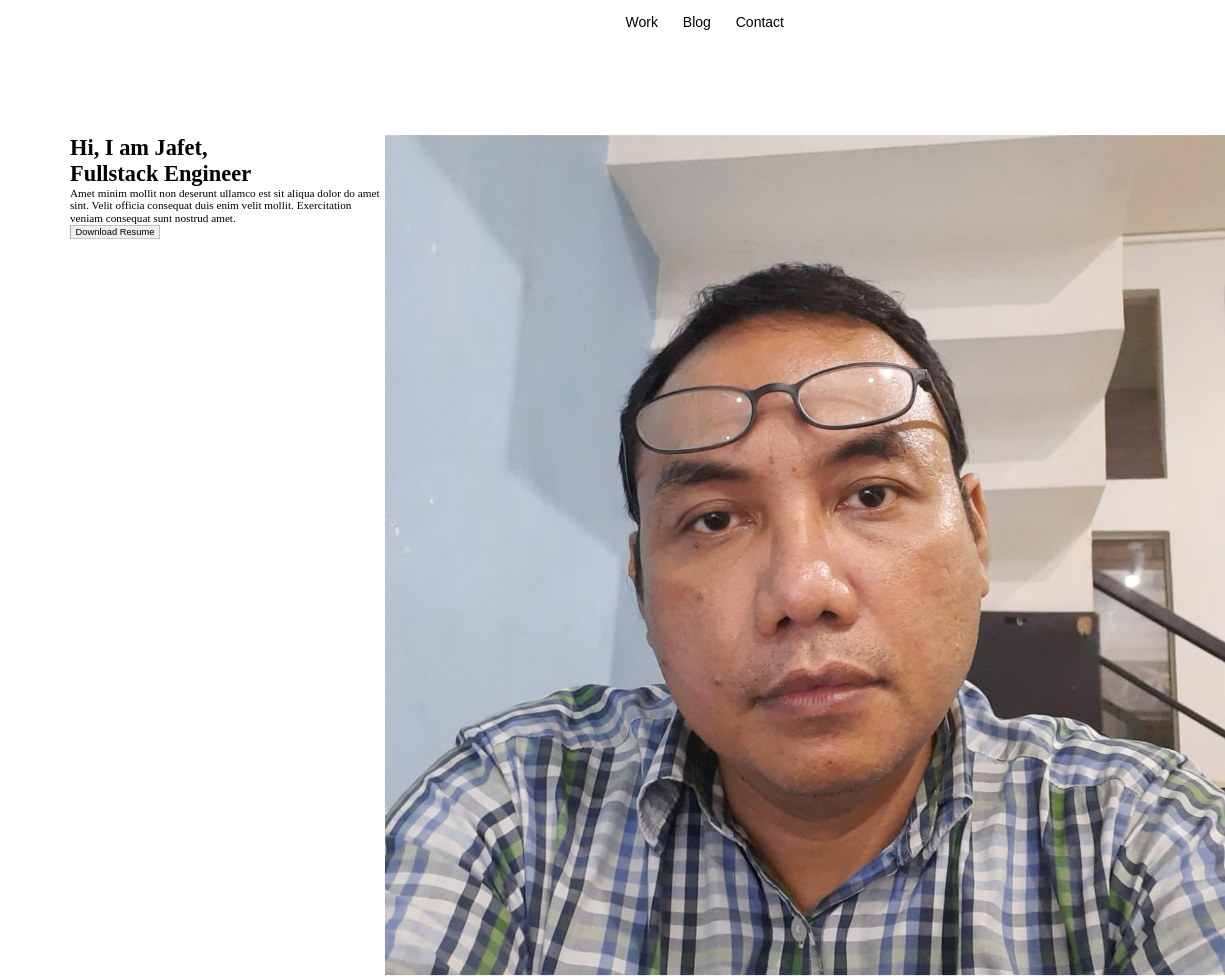
Repository: jafetdn73/portofolio
Page: index.html
The author's editor kept a copy of each file at every save. The page is drawn from the files as they stood at one save, then again after the next save.
The browser window is 1280 px wide. The page is 1750 px wide, then 1474 px, so the pictures cover 1750 px, including what lies to the right of the window. The pictures show the whole page, at 70% of full size.

Above is the page before, as saved 2022-02-21 10:43:09.

### index.html
<!DOCTYPE html>
<html lang="en">
<head>
    <meta charset="UTF-8">
    <meta http-equiv="X-UA-Compatible" content="IE=edge">
    <meta name="viewport" content="width=device-width, initial-scale=1.0">
    <link rel="stylesheet" href="figma.css">
    <title>Belajar HTML CSS</title>
</head>
<body>
    <div class="container">
        <!-- Start Menu Bar -->
        <div class="menu-bar">
            <ul>
                <li>
                    Work
                </li>
                <li>
                    Blog
                </li>
                <li>
                    Contact
                </li>
            </ul>
        </div>
        <!-- Starr Hero -->
        <div class="hero">
            <div class="hero-text">
                <h1>Hi, I am Jafet,<br/>
                    Fullstack Engineer
                </h1>
                <p>
                    Amet minim mollit non deserunt ullamco est sit aliqua dolor do amet sint. Velit officia consequat duis enim velit mollit. Exercitation veniam consequat sunt nostrud amet.
                </p>
                <button>Download Resume</button>
            </div>
            <div class="hero-image">
                <img src="jafet.png"/>
            </div>

        </div>
    </div>
</body>
</html>

### figma.css
* {
    margin: 0;
}
.container {
    width: 1150px;
}

.menu-bar {
    display: flex;
    justify-content: flex-end;
    margin-top: 20px;
}

.menu-bar ul li {
    display: inline;
    margin-right: 30px;
    font-family:Arial, Helvetica, sans-serif;
    font-size: 20px;
}

/* Start Hero */
.hero {
    display: flex;
    justify-content: space-around;
    margin-top: 150px;
    padding: 0 100px;
}

.hero-text {
    width: 450px;
}

.hero-text h1 {
    width: 450px;
}

After the next save:
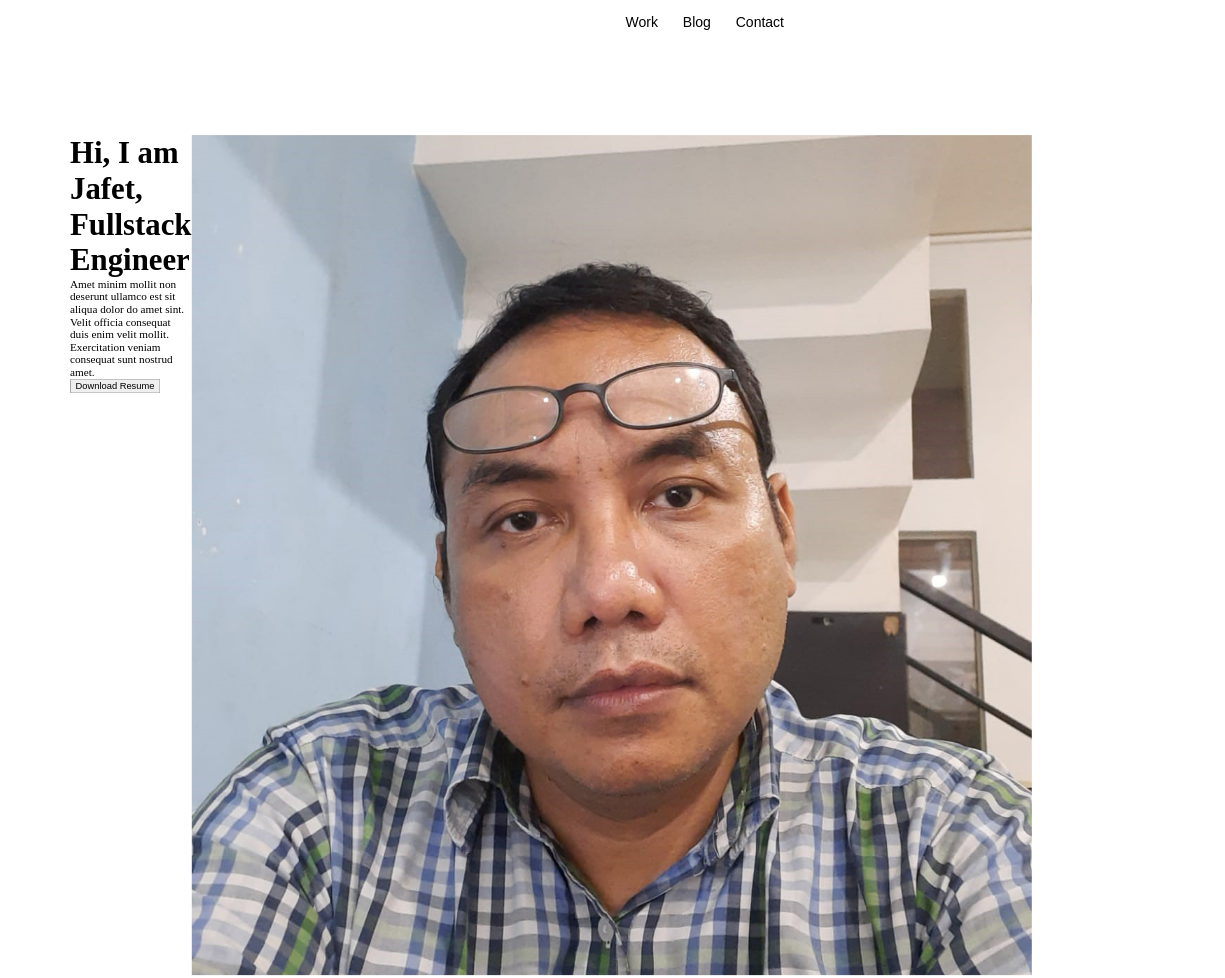
Saved 55 s later.
--- a/figma.css
+++ b/figma.css
@@ -31,5 +31,6 @@
 }
 
 .hero-text h1 {
-    width: 450px;
+    font-size: 44px;
+    font-weight: 400px;
 }
